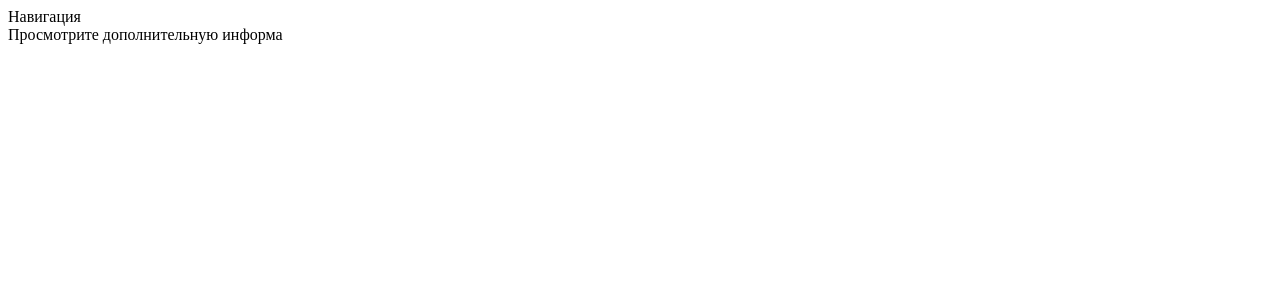
Repository: easydevgit/nuxt_basic
Page: /about
An editor plug-in stored every save of this project. The page is shown before and after the next save, followed by the edit.
The browser window is 1280 px wide. The pictures show the whole page.
The project was rebuilt for these pictures with package versions that can differ from the ones it lists, and the page was loaded fresh each time. The framework's server and built-in components were replaced by stand-ins that run in the browser. Also part of the build but not shown: nuxt.config.js, components/NuxtLogo.vue, components/Tutorial.vue.

Above is the page before, as saved 2022-01-04 12:59:21.

### layouts/default.vue
<template>
  <div>
    <nav>
      Навигация
    </nav>
    <nuxt />
  </div>
</template>

### pages/about.vue
<template>
    <div>
        Просмотрите дополнительную информа
    </div>
</template>

<script>
export default {

}
</script>

Loaded but not shown: store/index.js (no copy from this time; the picture is the same without it); store/users.js (no copy from this time; the picture is the same without it)

After the next save:
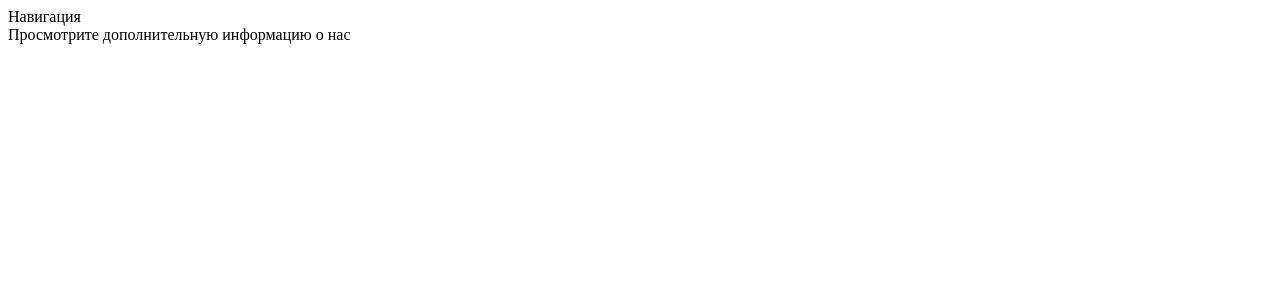
Saved 5 s later.
--- a/pages/about.vue
+++ b/pages/about.vue
@@ -1,11 +1,9 @@
 <template>
-    <div>
-        Просмотрите дополнительную информа
-    </div>
+  <div>
+    Просмотрите дополнительную информацию о нас
+  </div>
 </template>
 
 <script>
-export default {
-
-}
+export default {};
 </script>
